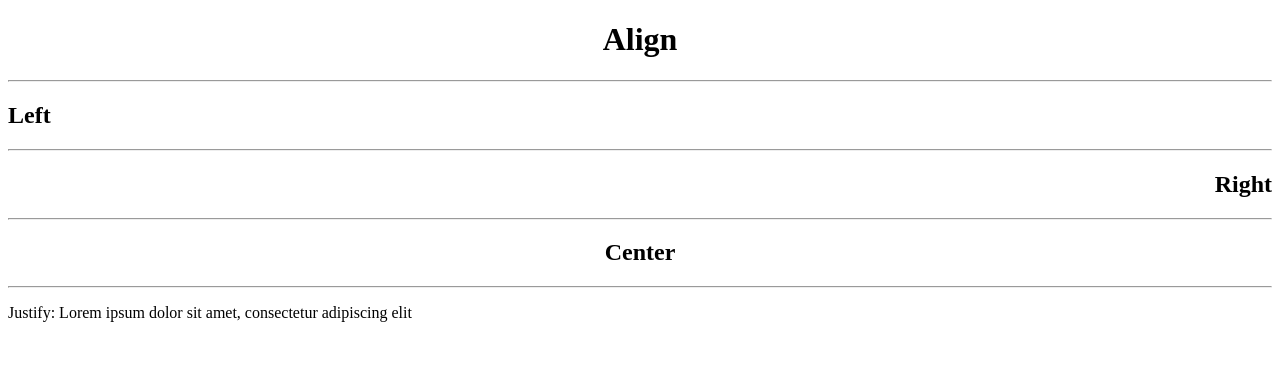
Repository: ankitgujre01/HTMLgeeks
Page: Attribute.html
An editor plug-in stored every save of this project. The page is shown before and after a run of saves, followed by the edit.
The browser window is 1280 px wide. The pictures show the whole page.

Above is the page before, as saved 2025-09-02 23:47:07.

### Attribute.html
<!DOCTYPE html>
<html>
    <head>
        <title>Attribute</title>
    </head>
    <body>
        <h1 align="center">Align</h1> <hr>
        <h2 align="left">Left</h2> <hr>
        <h2 align="right">Right</h2> <hr>
        <h2 align="center">Center</h2> <hr>
        <p align="justify">Justify: Lorem ipsum dolor sit amet, consectetur adipiscing elit</p>


    </body>
</html>

After the next 3 saves:
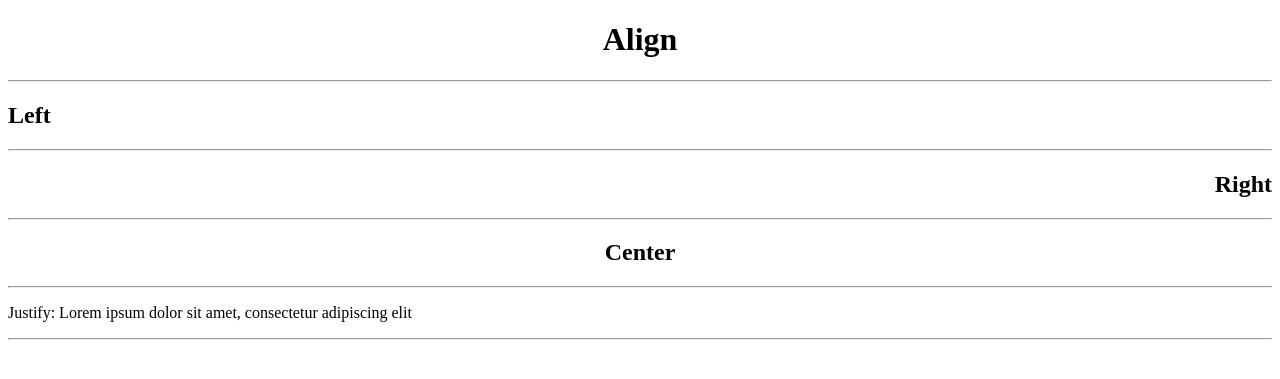
The 3 saves are shown as one change because they came seconds apart.
The last was saved 9 s later.
--- a/Attribute.html
+++ b/Attribute.html
@@ -10,6 +10,8 @@
         <h2 align="center">Center</h2> <hr>
         <p align="justify">Justify: Lorem ipsum dolor sit amet, consectetur adipiscing elit</p>
 
+        <hr>
 
+        <block
     </body>
 </html>
